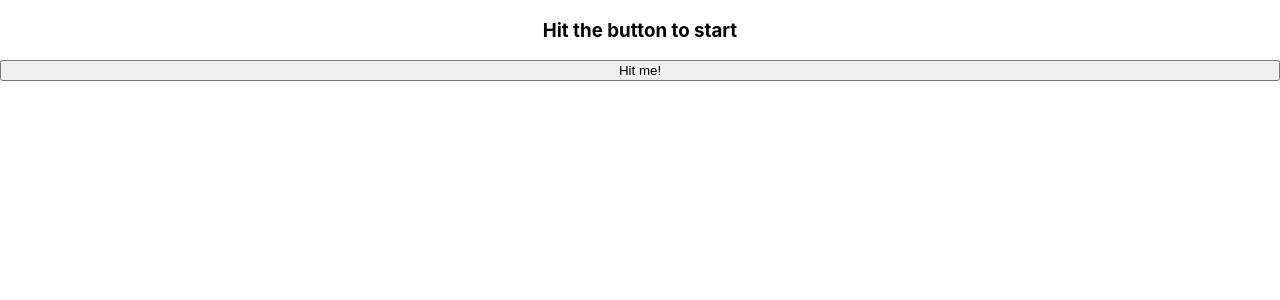
Repository: litalsh/Usless-Counter
Page: /
The author's editor kept a copy of each file at every save. The page is drawn from the files as they stood at one save, then again after the next save.
The browser window is 1280 px wide. The pictures show the whole page.
The project was rebuilt for these pictures with package versions that can differ from the ones it lists, and the page was loaded fresh each time.

Above is the page before, as saved 2021-02-22 12:17:29.

### src/App.js
import React, { useState } from 'react';
import './App.css';

function App() {
  const [counter, setCounter] = useState(0);

  const clickHandler = () => {
    setCounter(counter + 1)
  }
  return (
    <div className="App">
     {counter === 0 ? <h3>Hit the button to start</h3> : <h3>I clicked it {counter} times already but nothing is happaning!</h3>}
     <button onClick={() => clickHandler()}>Hit me!</button>
    </div>
  );
}

export default App;

### src/App.css
.App {
  display: flex;
  flex-direction: column;
  justify-content: space-evenly;
  text-align: center;
}

Loaded but not shown: public/index.html (common file); src/index.js (common file); src/index.css (common file); src/reportWebVitals.js (common file)

After the next save:
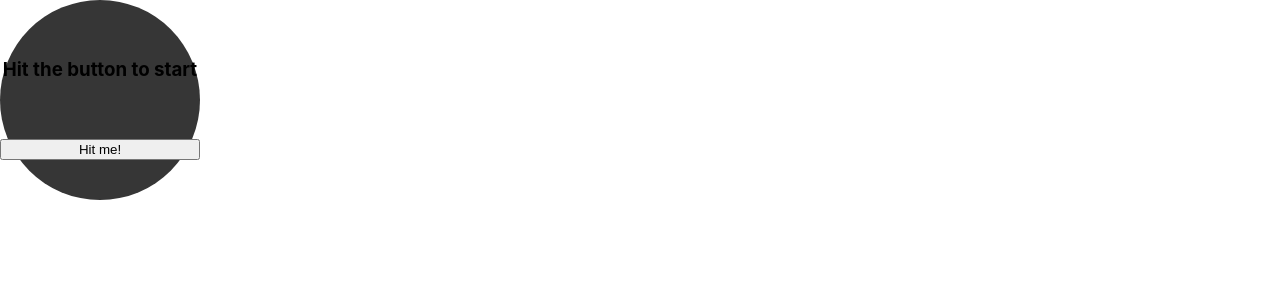
Saved 55 s later.
--- a/src/App.css
+++ b/src/App.css
@@ -3,4 +3,8 @@
   flex-direction: column;
   justify-content: space-evenly;
   text-align: center;
+  width: 200px;
+  height: 200px;
+  border-radius: 50%;
+  background: #363636;
 }
